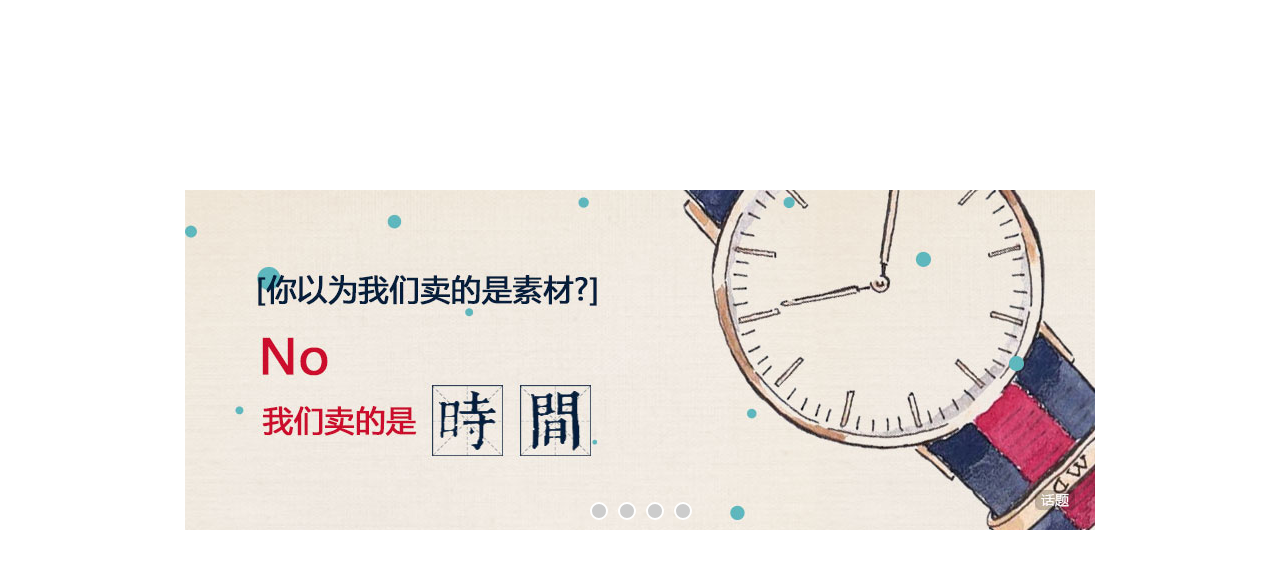
Repository: LewiesCheng/JS_Practice
Page: JS_Practice/WebContent/html/lunbotu.html
The author's editor kept a copy of each file at every save. The page is drawn from the files as they stood at one save, then again after the next save.
The browser window is 1280 px wide. The pictures show the whole page.

Above is the page before, as saved 2017-04-19 10:01:36.

After the next save:
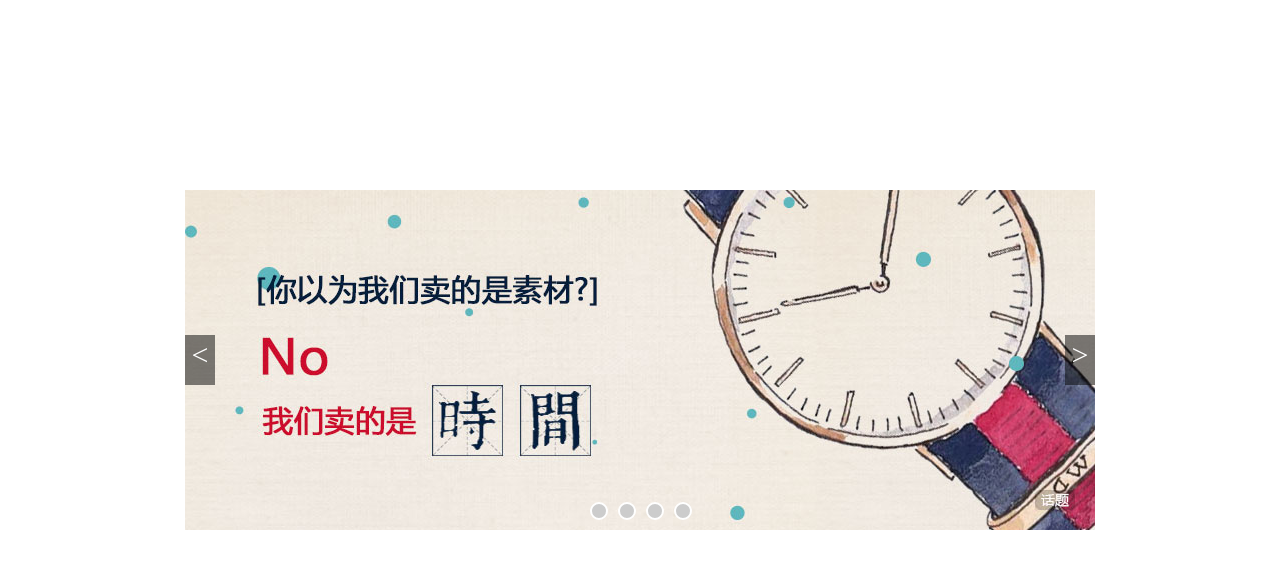
Saved 2 min 55 s later.
--- a/JS_Practice/WebContent/html/lunbotu.html
+++ b/JS_Practice/WebContent/html/lunbotu.html
@@ -21,8 +21,8 @@
 			<li></li>
 			<li></li>
 		</ul>
-		<div id = "btn left">&lt;</div>
-		<div id = "btn right">&gt;</div>
+		<div class = "btn left">&lt;</div>
+		<div class = "btn right">&gt;</div>
 	</div>
 </body>
 </html>
